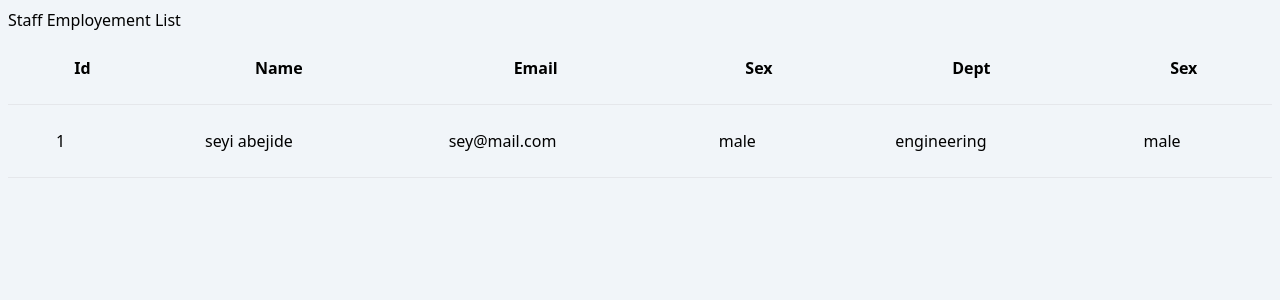
Repository: Semanmernstack/crud
Page: /
An editor plug-in stored every save of this project. The page is shown before and after the next save, followed by the edit.
The browser window is 1280 px wide. The pictures show the whole page.
The project was rebuilt for these pictures with package versions that can differ from the ones it lists, and the page was loaded fresh each time. Requests to the local data server were answered from the project's data file. Also part of the build but not shown: src/Details.js, src/Create.js, src/Edit.js.

Above is the page before, as saved 2022-12-24 00:29:25.

### src/App.js
import List from "./List";
import {
  BrowserRouter,
  Routes,
  Route,

} from "react-router-dom";
import Details from "./Details";
import Create from "./Create";
import Edit from "./Edit";



function App() {
  return (
    <div className="bg-slate-100 h-screen">
      <BrowserRouter>

      <Routes>
        <Route path="/" element={<List/>}> </Route>
        <Route path="/employee/create" element={<Create/>}> </Route>
        <Route path="/employee/details/:empid" element={<Details/>}> </Route>
        <Route path="/employee/edit/:empid" element={<Edit/>}> </Route>
      </Routes>
      </BrowserRouter>

    </div>
  );
}

export default App;

### src/List.js

import React, { useEffect, useState } from 'react'

function List() {
    const [records, setRecords] = useState("")

    useEffect(() => {
        fetch("http://localhost:8000/employee").then((res) => {
            return res.json()
        }).then((resp) => {
            console.log(resp)

        })

    }, [])
  return (
    <div className="overflow-x-auto lg:max-w-7xl mx-auto  p-2 items-center   ">

        <p>Staff Employement List</p>


        <table className="  w-[100%]  border-1   " >

            <thead>
                <tr className="border-b">
                    <th scope='col' className=" lg:py-6 lg:px-12 py-3 px-6">Id</th>
                    <th scope='col' className=" lg:py-6 lg:px-12 py-3 px-6">Name</th>
                    <th scope='col' className=" lg:py-6 lg:px-12 py-3 px-6">Email</th>
                    <th scope='col' className=" lg:py-6 lg:px-12 py-3 px-6">Sex</th>
                    <th scope='col' className=" lg:py-6 lg:px-12 py-3 px-6">Dept</th>
                    <th scope='col' className=" lg:py-6 lg:px-12 py-3 px-6">Sex</th>

                </tr>
            </thead>

            <tbody>
                <tr className="border-b">
                    <td className=" lg:py-6 lg:px-12 py-3 px-6">1</td>
                    <td className=" lg:py-6 lg:px-12 py-3 px-6" >seyi abejide</td>
                    <td className=" lg:py-6 lg:px-12 py-3 px-6">sey@mail.com</td>
                    <td className=" lg:py-6 lg:px-12 py-3 px-6">male</td>
                    <td className=" lg:py-6 lg:px-12 py-3 px-6">engineering</td>
                    <td className=" lg:py-6 lg:px-12 py-3 px-6">male</td>
                </tr>
            </tbody>

        </table>


    </div>
  )
}

export default List

### db.json
{
  "employee": [
    {
      "id": 1,
      "name": "seyi abejide",
      "email": "g@mail.com",
      "phone": "09028395899",
      "dept": "egineering",
      "sex": "male"

    }
  ]

}

Loaded but not shown: public/index.html (common file); src/index.js (common file); src/index.css (common file); src/reportWebVitals.js (common file); tailwind.config.js (common file)

After the next save:
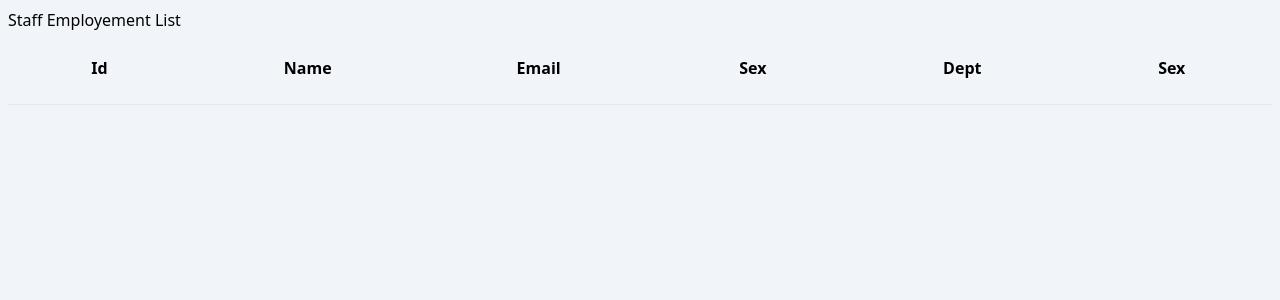
Saved 6 min 31 s later.
--- a/src/List.js
+++ b/src/List.js
@@ -34,14 +34,20 @@
             </thead>
 
             <tbody>
-                <tr className="border-b">
-                    <td className=" lg:py-6 lg:px-12 py-3 px-6">1</td>
-                    <td className=" lg:py-6 lg:px-12 py-3 px-6" >seyi abejide</td>
-                    <td className=" lg:py-6 lg:px-12 py-3 px-6">sey@mail.com</td>
-                    <td className=" lg:py-6 lg:px-12 py-3 px-6">male</td>
-                    <td className=" lg:py-6 lg:px-12 py-3 px-6">engineering</td>
-                    <td className=" lg:py-6 lg:px-12 py-3 px-6">male</td>
-                </tr>
+                {
+                    records &&
+                    records.map((record) => (
+                    <tr className="border-b" key={record.id}>
+                        <td className=" lg:py-6 lg:px-12 py-3 px-6">{trecord.id}</td>
+                        <td className=" lg:py-6 lg:px-12 py-3 px-6" >seyi abejide</td>
+                        <td className=" lg:py-6 lg:px-12 py-3 px-6">sey@mail.com</td>
+                        <td className=" lg:py-6 lg:px-12 py-3 px-6">male</td>
+                        <td className=" lg:py-6 lg:px-12 py-3 px-6">engineering</td>
+                        <td className=" lg:py-6 lg:px-12 py-3 px-6">male</td>
+                    </tr>
+                    ))
+                }
+
             </tbody>
 
         </table>

After the 3 saves that followed:
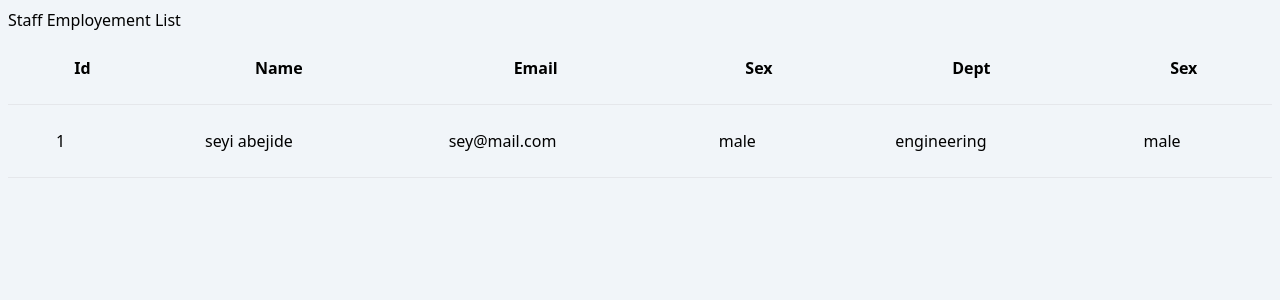
The 3 saves are shown as one change because 2 left the picture as it was.
The last was saved 2 min 16 s later.
--- a/src/List.js
+++ b/src/List.js
@@ -9,6 +9,7 @@
             return res.json()
         }).then((resp) => {
             console.log(resp)
+            setRecords(resp)
 
         })
 
@@ -38,8 +39,8 @@
                     records &&
                     records.map((record) => (
                     <tr className="border-b" key={record.id}>
-                        <td className=" lg:py-6 lg:px-12 py-3 px-6">{trecord.id}</td>
-                        <td className=" lg:py-6 lg:px-12 py-3 px-6" >seyi abejide</td>
+                        <td className=" lg:py-6 lg:px-12 py-3 px-6">{record.id}</td>
+                        <td className=" lg:py-6 lg:px-12 py-3 px-6" >{record.name}</td>
                         <td className=" lg:py-6 lg:px-12 py-3 px-6">sey@mail.com</td>
                         <td className=" lg:py-6 lg:px-12 py-3 px-6">male</td>
                         <td className=" lg:py-6 lg:px-12 py-3 px-6">engineering</td>
